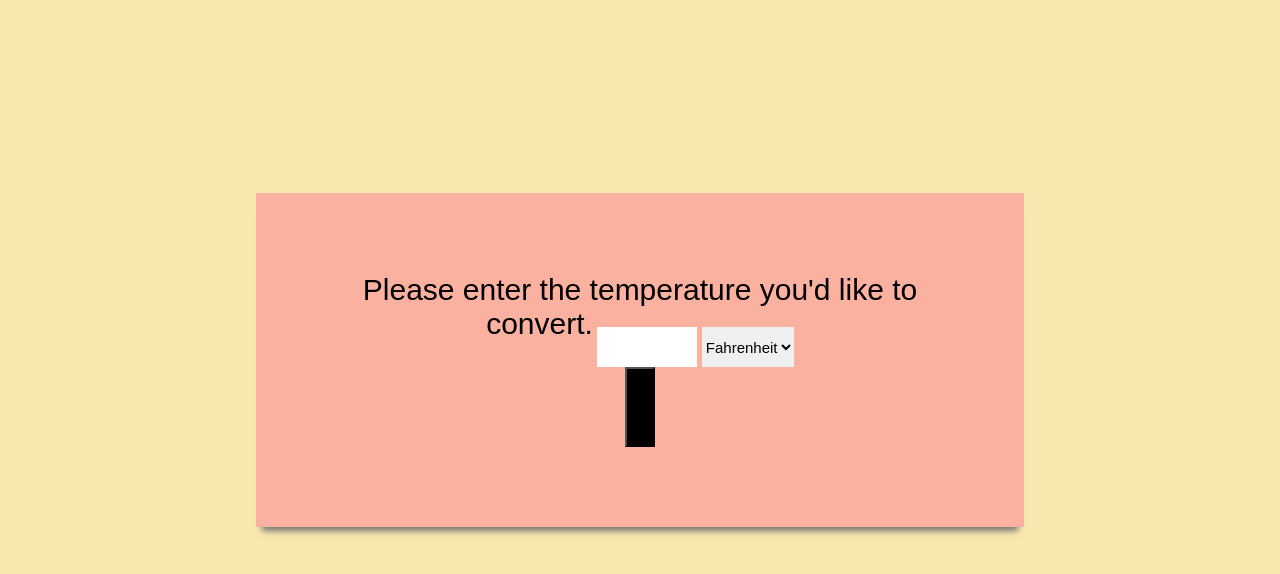
Repository: Mayur2905/OIBSIP
Page: Task-4/index.html
An editor plug-in stored every save of this project. The page is shown before and after the next save, followed by the edit.
The browser window is 1280 px wide. The pictures show the whole page.

Above is the page before, as saved 2022-02-03 22:30:42.

After the next save:
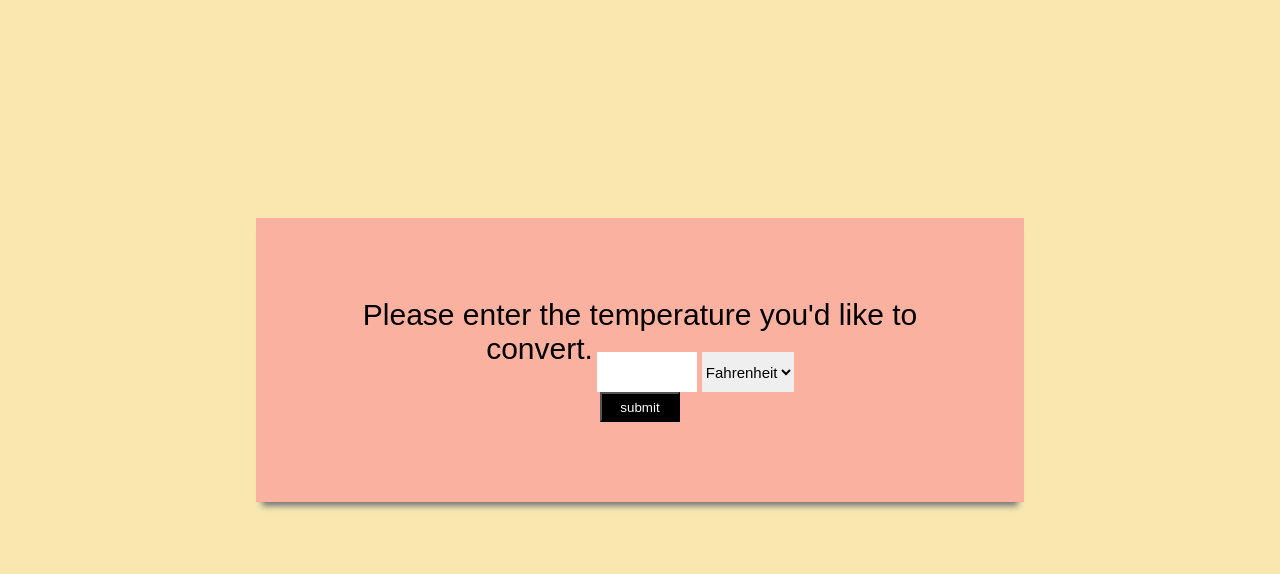
Saved 38 s later.
--- a/Task-4/style.css
+++ b/Task-4/style.css
@@ -46,6 +46,7 @@ form {
 
 #btn {
   background-color: black;
-  height: 80px;
-  width: 30px;
+  height: 30px;
+  width: 80px;
+  color: white;
 }
